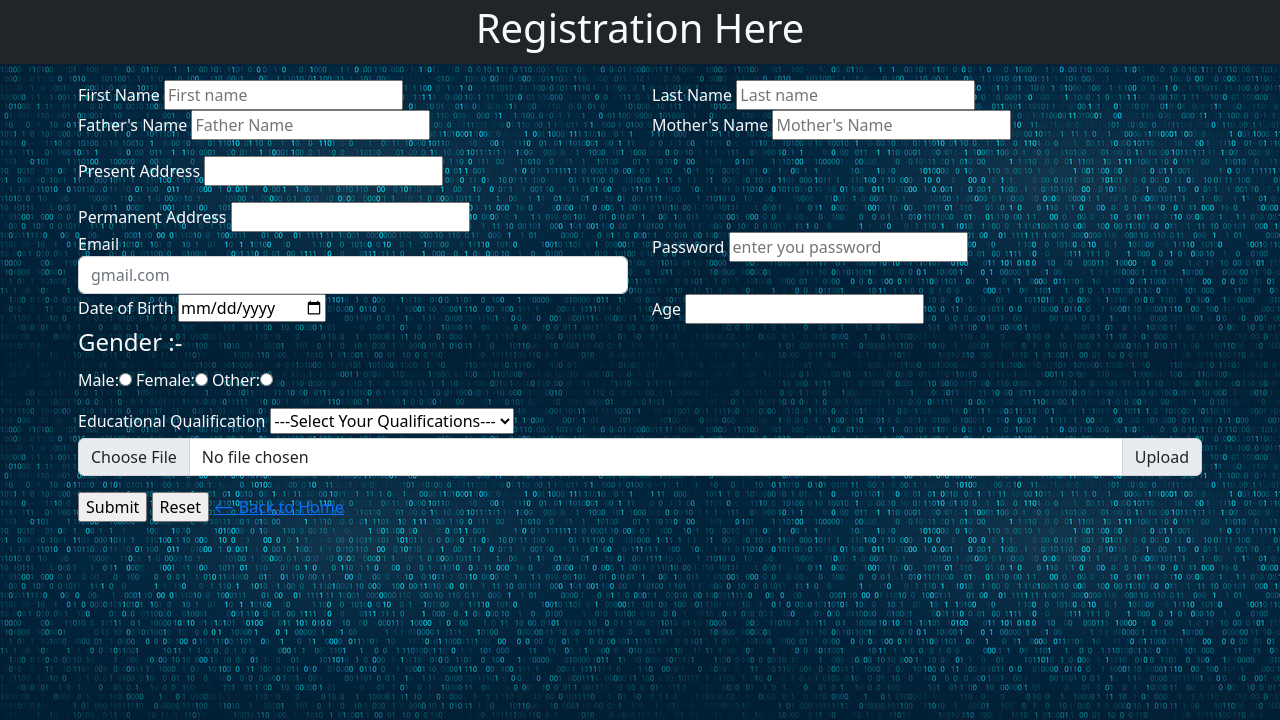
Repository: OmarFaruq97/JspServlet
Page: http://localhost/Form/pages/MainForm.jsp
These files come from the project's save history. The page is drawn as it stood at one moment and after the next save; the edit follows.
The browser window is 1280 px wide. The pictures show the whole page.
The page is served by Tomcat 9. Other server files are loaded and not shown.

Above is the page before, as saved 2025-02-07 12:23:58.

### Form/src/main/webapp/pages/MainForm.jsp
<%@ page language="java" contentType="text/html; charset=UTF-8"
    pageEncoding="UTF-8"%>


<!DOCTYPE html>
<html>
<head>
<meta charset="UTF-8">
<title>Registration Form</title>
<link href="https://cdn.jsdelivr.net/npm/bootstrap@5.2.3/dist/css/bootstrap.min.css" rel="stylesheet">
	<style type="text/css">
		body {
					background: url(pic.jpg);
			}
	</style>
</head>
<body>

  <div class="container-fluid bg-dark text-light py-1">

	    <header class="text-center">
			 <h2 class="display-6">Registration Here</h2>
	    </header>

  </div>

  <form action= "StudentServlet" method= "post">
  	<input type="hidden" name="action" value="add">

    <section class="container my-2 text-light w-65 p-2">

      <div class="row">
        <div class="col">
          <label for="firstname">First Name</label>
          <input type="text" id="firstname"  name="firstname"  placeholder="First name">
        </div>

        <div class="col">
          <label for="lastname">Last Name</label>
          <input type="text" id="lastname" name= "lastname" placeholder="Last name">
        </div>
      </div>
      <div class="row">
        <div class="col mb-3">
          <label for="lastname">Father's Name</label>
          <input type="text" id="fathername" name= "fathername" placeholder="Father Name">
        </div>

        <div class="col">
          <label for="mothername">Mother's Name</label>
          <input type="text" id="mothername" name="mothernamemn"  placeholder="Mother's Name">
        </div>
      </div>

      <div class="mb-3">
        <label for="presentaddress">Present Address</label>
        <input type="text"  id="presentaddress" name ="presentaddress">
      </div>
      <div>
        <label for="permanentaddress">Permanent Address</label>
        <input type="text"  id="permanentaddress" name ="permanentaddress">
      </div>

      <div class="row">
        <div class="col">
          <label for="em">Email</label>
          <input type="email" class="form-control" placeholder="gmail.com" id="em">
        </div>

        <div class="col">
          <label for="password">Password</label>
          <input type="password" id="password" name= "password"  placeholder="enter you password">
        </div>
      </div>

      <div class="row">
		        <div class="col-6">
			          <label for="dateofbirth">Date of Birth</label>
			          <input type="date" name="dateofbirth" id="dateofbirth" >
		        </div>

	        <div class="col-6">
		          <label for ="age">Age</label>
		          <input type="number" name="" id="age" >
	        </div>
      </div>

      <fieldset>

	        <legend>Gender :- </legend>
	        Male:<input type="radio" name="gn">
	        Female:<input type="radio" name="gn">
	        Other:<input type="radio" name="gn">

      </fieldset>

      <div class="mt-3">
        <label>Educational Qualification</label>
        <select>
          <option>---Select Your Qualifications---</option>
          <option>GRADUATE/FAZIL</option>
          <option>HSC/DHAKHIL</option>
          <option>SSC/ALIM</option>
        </select>
      </div>

      <div class="input-group mt-1">
        <input type="file" class="form-control" id="inputGroupFile02">
        <label class="input-group-text" for="inputGroupFile02">Upload</label>
      </div>

      <div class="mt-3">
        <input type="Submit" name="" value="Submit">
        <input type="Reset" name="" value="Reset">
        <a  href="/Form">⟵ Back to Home</a>

      </div>
    </section>
  </form>


  <script src="https://cdn.jsdelivr.net/npm/bootstrap@5.2.3/dist/js/bootstrap.bundle.min.js"></script>

</body>
</html>

After the next save:
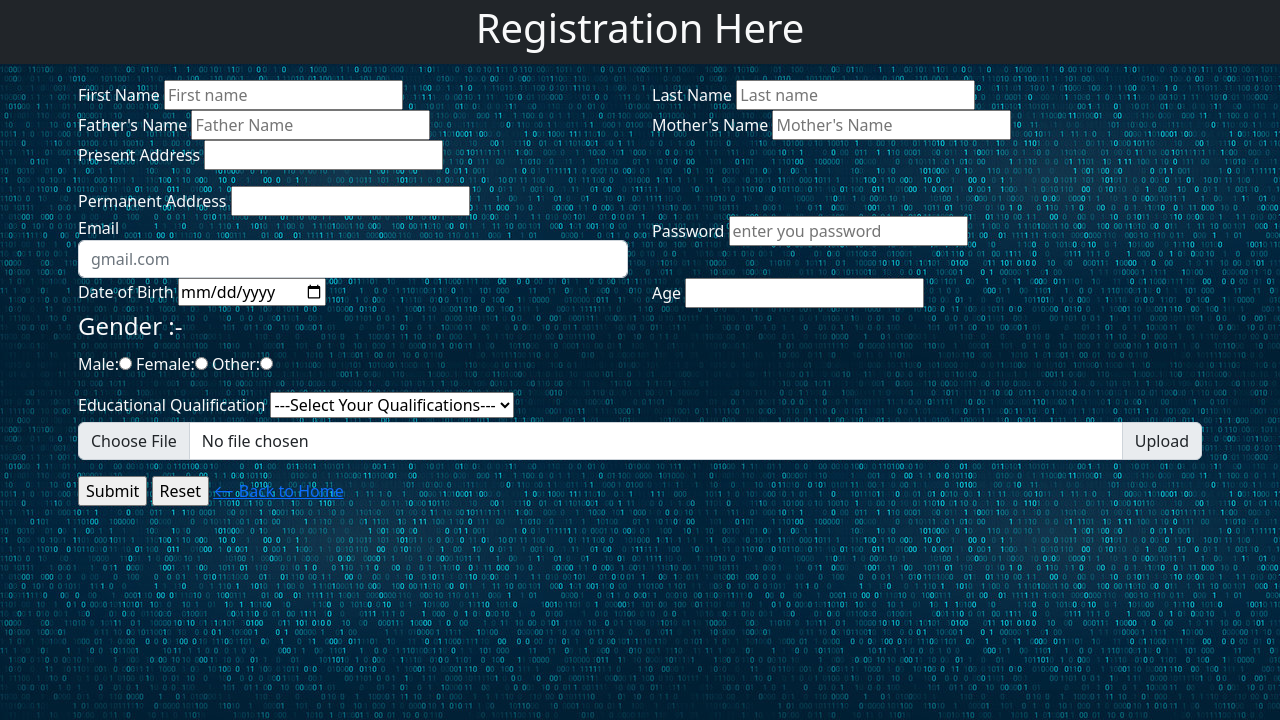
Saved 22 min 4 s later.
--- a/Form/src/main/webapp/pages/MainForm.jsp
+++ b/Form/src/main/webapp/pages/MainForm.jsp
@@ -25,23 +25,22 @@
   </div>
 
   <form action= "StudentServlet" method= "post">
-  	<input type="hidden" name="action" value="add">
-
-    <section class="container my-2 text-light w-65 p-2">
+	  	<input type="hidden" name="action" value="add">
+	    <section class="container my-2 text-light w-65 p-2">
 
       <div class="row">
-        <div class="col">
-          <label for="firstname">First Name</label>
-          <input type="text" id="firstname"  name="firstname"  placeholder="First name">
-        </div>
+	        <div class="col">
+		          <label for="firstname">First Name</label>
+		          <input type="text" id="firstname"  name="firstname"  placeholder="First name">
+	        </div>
 
-        <div class="col">
-          <label for="lastname">Last Name</label>
-          <input type="text" id="lastname" name= "lastname" placeholder="Last name">
-        </div>
+	        <div class="col">
+		          	<label for="lastname">Last Name</label>
+		          <input type="text" id="lastname" name= "lastname" placeholder="Last name">
+	        </div>
       </div>
       <div class="row">
-        <div class="col mb-3">
+        <div class="col">
           <label for="lastname">Father's Name</label>
           <input type="text" id="fathername" name= "fathername" placeholder="Father Name">
         </div>
@@ -105,16 +104,15 @@
       </div>
 
       <div class="input-group mt-1">
-        <input type="file" class="form-control" id="inputGroupFile02">
-        <label class="input-group-text" for="inputGroupFile02">Upload</label>
+		        <input type="file" class="form-control" id="inputGroupFile02">
+		        <label class="input-group-text" for="inputGroupFile02">Upload</label>
       </div>
 
-      <div class="mt-3">
-        <input type="Submit" name="" value="Submit">
-        <input type="Reset" name="" value="Reset">
-        <a  href="/Form">⟵ Back to Home</a>
-
-      </div>
+	      <div class="mt-3">
+			        <input type="Submit" name="" value="Submit">
+			        <input type="Reset" name="" value="Reset">
+			        <a  href="/Form">⟵ Back to Home</a>
+	       </div>
     </section>
   </form>
 
